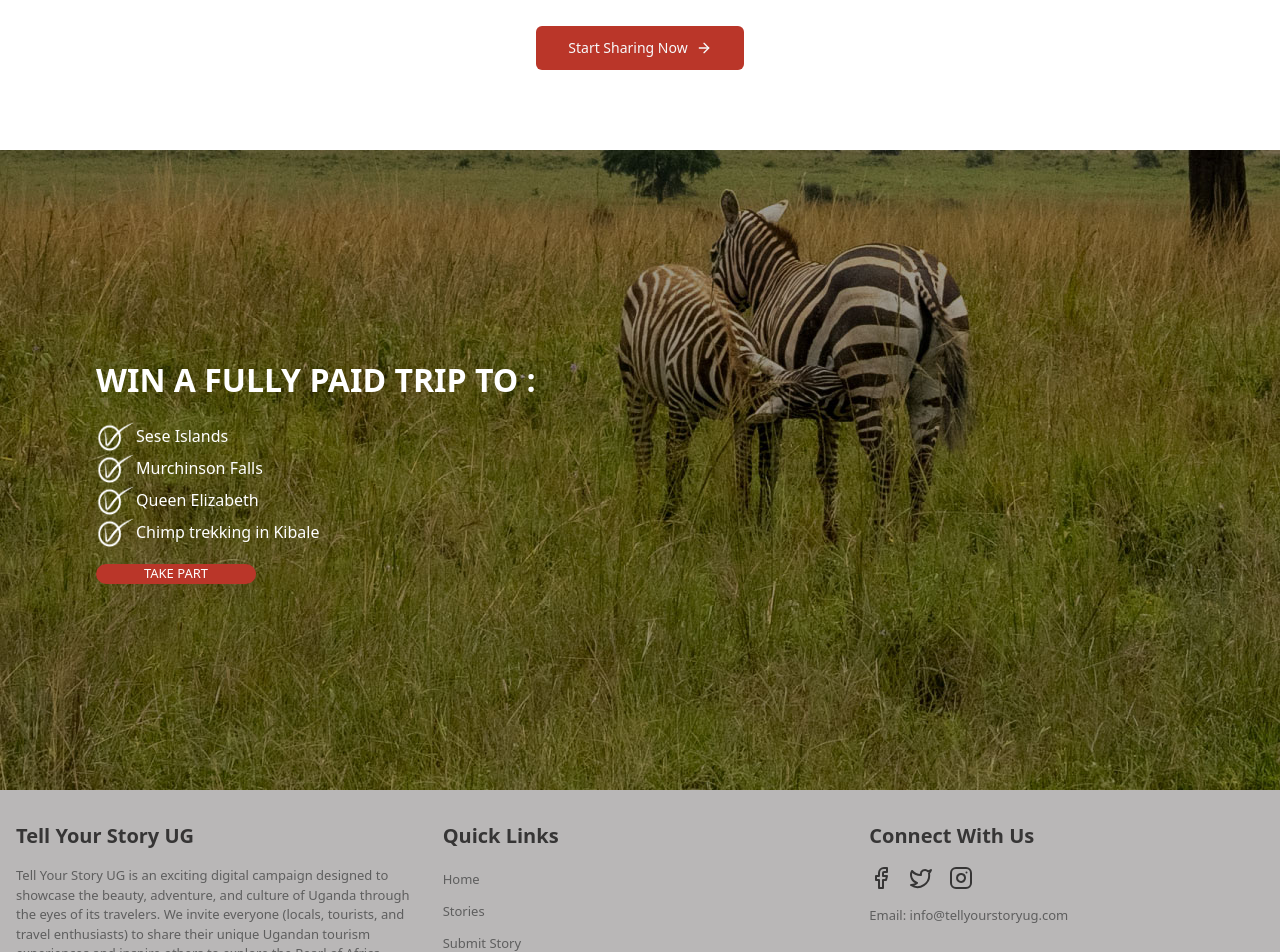
Repository: kaizoku010/take.part
Page: /
An editor plug-in stored every save of this project. The page is shown before and after the next save, followed by the edit.
The browser window is 1280 px wide. The pictures show the part of the page from y = 2501 to 3453 px (the page is 3588 px tall).
Backgrounds fixed to the window are drawn as part of the page. The project was rebuilt for these pictures with package versions that can differ from the ones it lists, and the page was loaded fresh each time. Also part of the build but not shown: vite.config.ts, src/components/ui/tooltip.tsx, src/pages/About.tsx, src/components/ui/input.tsx, src/pages/Stories.tsx, src/pages/StoryDetail.tsx, src/components/ui/use-toast.ts, src/components/ui/label.tsx and 4 more.

Above is the page before, as saved 2025-04-14 15:33:53.

### index.html

<!DOCTYPE html>
<html lang="en">
  <head>
    <meta charset="UTF-8" />
    <meta name="viewport" content="width=device-width, initial-scale=1.0" />
    <title>TAKE PART</title>
    <meta name="description" content="Share your Ugandan tourism experiences and inspire others to explore the Pearl of Africa" />
    <meta name="author" content="muneza dixon" />

    <meta property="og:title" content="Tell Your Story UG - Explore Uganda" />
    <meta property="og:description" content="Share your Ugandan tourism experiences and inspire others to explore the Pearl of Africa" />

    <!-- Meta Pixel Code -->
    <script>
    !function(f,b,e,v,n,t,s)
    {if(f.fbq)return;n=f.fbq=function(){n.callMethod?
    n.callMethod.apply(n,arguments):n.queue.push(arguments)};
    if(!f._fbq)f._fbq=n;n.push=n;n.loaded=!0;n.version='2.0';
    n.queue=[];t=b.createElement(e);t.async=!0;
    t.src=v;s=b.getElementsByTagName(e)[0];
    s.parentNode.insertBefore(t,s)}(window, document,'script',
    'https://connect.facebook.net/en_US/fbevents.js');
    fbq('init', '1846327909352916');
    fbq('track', 'PageView');
    </script>
    <!-- End Meta Pixel Code -->
  </head>

  <body>
    <div id="root"></div>
    <!-- Facebook Pixel noscript -->
    <noscript><img height="1" width="1" style="display:none"
    src="https://www.facebook.com/tr?id=1846327909352916&ev=PageView&noscript=1"
    /></noscript>
    <!-- IMPORTANT: DO NOT REMOVE THIS SCRIPT TAG OR THIS VERY COMMENT! -->
    <script src="https://cdn.gpteng.co/gptengineer.js" type="module"></script>
    <script type="module" src="/src/main.tsx"></script>
  </body>
</html>

### src/App.tsx

import { Toaster } from "@/components/ui/toaster";
import { Toaster as Sonner } from "@/components/ui/sonner";
import { TooltipProvider } from "@/components/ui/tooltip";
import { QueryClient, QueryClientProvider } from "@tanstack/react-query";
import { BrowserRouter, Routes, Route } from "react-router-dom";
import Home from "./pages/Home";
import About from "./pages/About";
import Stories from "./pages/Stories";
import StoryDetail from "./pages/StoryDetail";
import SubmitStory from "./pages/SubmitStory";
import NotFound from "./pages/NotFound";
import "./mdx.css";
import "./mobile.css"

const queryClient = new QueryClient();

const App = () => (
  <QueryClientProvider client={queryClient}>
    <TooltipProvider>
      <Toaster />
      <Sonner />
      <BrowserRouter>
        <Routes>
          <Route path="/" element={<Home />} />
          <Route path="/about" element={<About />} />
          <Route path="/stories" element={<Stories />} />
          <Route path="/stories/:id" element={<StoryDetail />} />
          <Route path="/submit-story" element={<SubmitStory />} />
          {/* ADD ALL CUSTOM ROUTES ABOVE THE CATCH-ALL "*" ROUTE */}
          <Route path="*" element={<NotFound />} />
        </Routes>
      </BrowserRouter>
    </TooltipProvider>
  </QueryClientProvider>
);

export default App;

### src/index.css
@tailwind base;
@tailwind components;
@tailwind utilities;

@layer base {
  :root {
    --background: 0 0% 100%;
    --foreground: 222.2 84% 4.9%;

    --card: 0 0% 100%;
    --card-foreground: 222.2 84% 4.9%;

    --popover: 0 0% 100%;
    --popover-foreground: 222.2 84% 4.9%;

    /* Main Orange/Gold */
    --primary: 41.81 100% 49.8%;
    --primary-foreground: 210 40% 98%;

    /* Rust Red */
    --secondary: 5.38 63.88% 44.51%;
    --secondary-foreground: 210 40% 98%;

    /* Change accent to Rust Red */
    --accent: 5.38 63.88% 44.51%;
    --accent-foreground: 210 40% 98%;

    --muted: 210 40% 96.1%;
    --muted-foreground: 215.4 16.3% 46.9%;

    --destructive: 0 84.2% 60.2%;
    --destructive-foreground: 210 40% 98%;

    --border: 214.3 31.8% 91.4%;
    --input: 214.3 31.8% 91.4%;
    --ring: 5.38 63.88% 44.51%;  /* Changed to Rust Red */

    --radius: 0.5rem;

    --sidebar-background: 0 0% 98%;

    --sidebar-foreground: 240 5.3% 26.1%;

    --sidebar-primary: 240 5.9% 10%;

    --sidebar-primary-foreground: 0 0% 98%;

    --sidebar-accent: 240 4.8% 95.9%;

    --sidebar-accent-foreground: 240 5.9% 10%;

    --sidebar-border: 220 13% 91%;

    --sidebar-ring: 217.2 91.2% 59.8%;
  }

  .dark {
    --background: 222.2 84% 4.9%;
    --foreground: 210 40% 98%;

    --card: 222.2 84% 4.9%;
    --card-foreground: 210 40% 98%;

    --popover: 222.2 84% 4.9%;
    --popover-foreground: 210 40% 98%;

    /* Main Orange/Gold */
    --primary: 41.81 100% 49.8%;
    --primary-foreground: 210 40% 98%;

    /* Rust Red */
    --secondary: 5.38 63.88% 44.51%;
    --secondary-foreground: 210 40% 98%;

    /* Change accent to Rust Red */
    --accent: 5.38 63.88% 44.51%;
    --accent-foreground: 210 40% 98%;

    --muted: 217.2 32.6% 17.5%;
    --muted-foreground: 215 20.2% 65.1%;

    --destructive: 0 62.8% 30.6%;
    --destructive-foreground: 210 40% 98%;

    --border: 217.2 32.6% 17.5%;
    --input: 217.2 32.6% 17.5%;
    --ring: 5.38 63.88% 44.51%;  /* Changed to Rust Red */
    --sidebar-background: 240 5.9% 10%;
    --sidebar-foreground: 240 4.8% 95.9%;
    --sidebar-primary: 224.3 76.3% 48%;
    --sidebar-primary-foreground: 0 0% 100%;
    --sidebar-accent: 240 3.7% 15.9%;
    --sidebar-accent-foreground: 240 4.8% 95.9%;
    --sidebar-border: 240 3.7% 15.9%;
    --sidebar-ring: 217.2 91.2% 59.8%;
  }
}

@layer base {
  * {
    @apply border-border;
  }

  body {
    @apply bg-background text-foreground;
  }
}

### src/components/ui/toaster.tsx
import { useToast } from "@/hooks/use-toast"
import {
  Toast,
  ToastClose,
  ToastDescription,
  ToastProvider,
  ToastTitle,
  ToastViewport,
} from "@/components/ui/toast"

export function Toaster() {
  const { toasts } = useToast()

  return (
    <ToastProvider>
      {toasts.map(function ({ id, title, description, action, ...props }) {
        return (
          <Toast key={id} {...props}>
            <div className="grid gap-1">
              {title && <ToastTitle>{title}</ToastTitle>}
              {description && (
                <ToastDescription>{description}</ToastDescription>
              )}
            </div>
            {action}
            <ToastClose />
          </Toast>
        )
      })}
      <ToastViewport />
    </ToastProvider>
  )
}

### src/components/ui/sonner.tsx
import { useTheme } from "next-themes"
import { Toaster as Sonner, toast } from "sonner"

type ToasterProps = React.ComponentProps<typeof Sonner>

const Toaster = ({ ...props }: ToasterProps) => {
  const { theme = "system" } = useTheme()

  return (
    <Sonner
      theme={theme as ToasterProps["theme"]}
      className="toaster group"
      toastOptions={{
        classNames: {
          toast:
            "group toast group-[.toaster]:bg-background group-[.toaster]:text-foreground group-[.toaster]:border-border group-[.toaster]:shadow-lg",
          description: "group-[.toast]:text-muted-foreground",
          actionButton:
            "group-[.toast]:bg-primary group-[.toast]:text-primary-foreground",
          cancelButton:
            "group-[.toast]:bg-muted group-[.toast]:text-muted-foreground",
        },
      }}
      {...props}
    />
  )
}

export { Toaster, toast }

### src/mdx.css
/* #hero-text{
    font-size: medium !important;
} */

#logo{
    width: 6rem !important;
}

#link{
    font-weight: 500;
color:rgba(0, 0, 0, 0.658) !important;
}


.bg-green-800{
    background-color: #ba3629 !important;
}

.bg-yellow-800{
    background-color: rgb(254, 177, 0) !important;
}

.bg-green-900 {
    color: rgb(54, 53, 53) !important;
background-color: rgb(185, 183, 183) !important;
}


.text-green-800 {
    --tw-text-opacity: 1;
    color: rgb(43 49 45) !important;
}


.text-gray-hound{
    font-size: small;
    color: rgb(94, 94, 94) !important;
}


#carousel-section{
    padding-top: 5rem;
    padding-bottom: 5rem;
    background-color: #feb100 !important;
}

.bg-background {
    background-color: #212120 !important;
}

#prizes-section{
    height: 40rem !important;
    display: flex;
    background-position: bottom;
    background-attachment: fixed;
    width: 100%;
    background-image: url("../src/media/zebs.jpg");
}


.content-prizes{
display: flex;
/* background-color: red; */
width: 100%;
flex-direction: column;
justify-content: center;
}

.content-prizes-2{
display: flex;
background-color: transparent;
width: 100%;
flex-direction: column;
}

.win-title{
    padding-left: 6rem;
    font-weight: 800;
    font-size: 2rem;
    margin-bottom: 1rem;
    color: white;
}

.prize{
    display: flex;
    padding-left: 6rem;
    /* margin-bottom: 1rem; */
    font-weight: 200;
    /* font-size: 2rem; */
    align-items: center;
    color: white;
}

.prize img{
    width: 2.5rem;
    height: 2rem;
}


.take-part{
    background-color: #ba3629;
    color: white;
    padding: 0rem;
    margin-top: 1rem;
    width: 10rem;
    font-size: small;
    border-radius: 10px;
    margin-left: 6rem;
}

### src/components/ui/button.tsx
import * as React from "react"
import { Slot } from "@radix-ui/react-slot"
import { cva, type VariantProps } from "class-variance-authority"

import { cn } from "@/lib/utils"

const buttonVariants = cva(
  "inline-flex items-center justify-center gap-2 whitespace-nowrap rounded-md text-sm font-medium ring-offset-background transition-colors focus-visible:outline-none focus-visible:ring-2 focus-visible:ring-ring focus-visible:ring-offset-2 disabled:pointer-events-none disabled:opacity-50 [&_svg]:pointer-events-none [&_svg]:size-4 [&_svg]:shrink-0",
  {
    variants: {
      variant: {
        default: "bg-primary text-primary-foreground hover:bg-primary/90",
        destructive:
          "bg-destructive text-destructive-foreground hover:bg-destructive/90",
        outline:
          "border border-input bg-background hover:bg-accent hover:text-accent-foreground",
        secondary:
          "bg-secondary text-secondary-foreground hover:bg-secondary/80",
        ghost: "hover:bg-accent hover:text-accent-foreground",
        link: "text-primary underline-offset-4 hover:underline",
      },
      size: {
        default: "h-10 px-4 py-2",
        sm: "h-9 rounded-md px-3",
        lg: "h-11 rounded-md px-8",
        icon: "h-10 w-10",
      },
    },
    defaultVariants: {
      variant: "default",
      size: "default",
    },
  }
)

export interface ButtonProps
  extends React.ButtonHTMLAttributes<HTMLButtonElement>,
    VariantProps<typeof buttonVariants> {
  asChild?: boolean
}

const Button = React.forwardRef<HTMLButtonElement, ButtonProps>(
  ({ className, variant, size, asChild = false, ...props }, ref) => {
    const Comp = asChild ? Slot : "button"
    return (
      <Comp
        className={cn(buttonVariants({ variant, size, className }))}
        ref={ref}
        {...props}
      />
    )
  }
)
Button.displayName = "Button"

export { Button, buttonVariants }

### src/components/ui/card.tsx
import * as React from "react"

import { cn } from "@/lib/utils"

const Card = React.forwardRef<
  HTMLDivElement,
  React.HTMLAttributes<HTMLDivElement>
>(({ className, ...props }, ref) => (
  <div
    ref={ref}
    className={cn(
      "rounded-lg border bg-card text-card-foreground shadow-sm",
      className
    )}
    {...props}
  />
))
Card.displayName = "Card"

const CardHeader = React.forwardRef<
  HTMLDivElement,
  React.HTMLAttributes<HTMLDivElement>
>(({ className, ...props }, ref) => (
  <div
    ref={ref}
    className={cn("flex flex-col space-y-1.5 p-6", className)}
    {...props}
  />
))
CardHeader.displayName = "CardHeader"

const CardTitle = React.forwardRef<
  HTMLParagraphElement,
  React.HTMLAttributes<HTMLHeadingElement>
>(({ className, ...props }, ref) => (
  <h3
    ref={ref}
    className={cn(
      "text-2xl font-semibold leading-none tracking-tight",
      className
    )}
    {...props}
  />
))
CardTitle.displayName = "CardTitle"

const CardDescription = React.forwardRef<
  HTMLParagraphElement,
  React.HTMLAttributes<HTMLParagraphElement>
>(({ className, ...props }, ref) => (
  <p
    ref={ref}
    className={cn("text-sm text-muted-foreground", className)}
    {...props}
  />
))
CardDescription.displayName = "CardDescription"

const CardContent = React.forwardRef<
  HTMLDivElement,
  React.HTMLAttributes<HTMLDivElement>
>(({ className, ...props }, ref) => (
  <div ref={ref} className={cn("p-6 pt-0", className)} {...props} />
))
CardContent.displayName = "CardContent"

const CardFooter = React.forwardRef<
  HTMLDivElement,
  React.HTMLAttributes<HTMLDivElement>
>(({ className, ...props }, ref) => (
  <div
    ref={ref}
    className={cn("flex items-center p-6 pt-0", className)}
    {...props}
  />
))
CardFooter.displayName = "CardFooter"

export { Card, CardHeader, CardFooter, CardTitle, CardDescription, CardContent }

### src/components/layout/Layout.tsx

import { ReactNode } from "react";
import Header from "./Header";
import Footer from "./Footer";

interface LayoutProps {
  children: ReactNode;
}

const Layout = ({ children }: LayoutProps) => {
  return (
    <div className="flex flex-col min-h-screen">
      <Header />
      <main className="flex-grow">
        {children}
      </main>
      <Footer />
    </div>
  );
};

export default Layout;

### src/components/layout/Header.tsx

import { useState } from "react";
import { Menu, X } from "lucide-react";
import { Link } from "react-router-dom";
import Logo from "../../media/logo.png";

const Header = () => {
  const [isMenuOpen, setIsMenuOpen] = useState(false);

  const toggleMenu = () => {
    setIsMenuOpen(!isMenuOpen);
  };

  return (
    <header className="text-white shadow-md">
      <div className="container mx-auto px-4">
        <div className="flex justify-between items-center">
          <Link to="/" className="text-2xl font-bold flex items-center gap-2">
            <img id="logo" src={Logo} alt="Logo" />
            {/* <span className="text-white">Tell Your Story</span> */}
          </Link>

          {/* Desktop Navigation */}
          <nav className="hidden md:flex space-x-8">
            <Link to="/" id="link" className="hover:text-yellow-400 transition-colors">Home</Link>
            <Link to="/stories" id="link" className="hover:text-yellow-400 transition-colors">Stories</Link>
            <Link to="/submit-story" id="link" className="hover:text-yellow-400 transition-colors">Submit Story</Link>
            <Link to="/about" id="link" className="hover:text-yellow-400 transition-colors">About</Link>
          </nav>

          {/* Mobile Menu Button */}
          <button
            onClick={toggleMenu}
            className="md:hidden text-white focus:outline-none"
          >
            {isMenuOpen ? <X size={24} /> : <Menu size={24} />}
          </button>
        </div>

        {/* Mobile Navigation */}
        {isMenuOpen && (
          <nav className="md:hidden pt-4 pb-2">
            <div className="flex flex-col space-y-3">
              <Link
                to="/"
                id="link"
                className="hover:text-yellow-400 transition-colors py-2"
                onClick={() => setIsMenuOpen(false)}
              >
                Home
              </Link>
              <Link
                to="/stories"
                id="link"
                className="hover:text-yellow-400 transition-colors py-2"
                onClick={() => setIsMenuOpen(false)}
              >
                Stories
              </Link>
              <Link
                to="/submit-story"
                id="link"
                className="hover:text-yellow-400 transition-colors py-2"
                onClick={() => setIsMenuOpen(false)}
              >
                Submit Story
              </Link>
              <Link
                to="/about"
                id="link"
                className="hover:text-yellow-400 transition-colors py-2"
                onClick={() => setIsMenuOpen(false)}
              >
                About
              </Link>
            </div>
          </nav>
        )}
      </div>
    </header>
  );
};

export default Header;

### src/components/layout/Footer.tsx

import { Facebook, Instagram, Twitter } from "lucide-react";
import { Link } from "react-router-dom";

const Footer = () => {
  return (
    <footer className="bg-green-900 text-white py-8">
      <div className="container mx-auto px-4">
        <div className="grid grid-cols-1 md:grid-cols-3 gap-8">
          <div>
            <h3 className="text-xl font-bold mb-4">Tell Your Story UG</h3>
            <p className="text-gray-300 text-gray-hound">
            Tell Your Story UG is an exciting digital campaign designed to showcase the beauty, adventure, and culture of Uganda through the eyes of its travelers. We invite everyone (locals, tourists, and travel enthusiasts) to share their unique Ugandan tourism experiences and inspire others to explore the Pearl of Africa.
                        </p>
          </div>

          <div>
            <h3 className="text-xl font-bold mb-4">Quick Links</h3>
            <ul className="space-y-2">
              <li><Link to="/" className="text-gray-hound text-gray-300 hover:text-yellow-400 transition-colors">Home</Link></li>
              <li><Link to="/stories" className="text-gray-hound text-gray-300 hover:text-yellow-400 transition-colors">Stories</Link></li>
              <li><Link to="/submit-story" className="text-gray-hound text-gray-300 hover:text-yellow-400 transition-colors">Submit Story</Link></li>
              <li><Link to="/about" className="text-gray-hound text-gray-300 hover:text-yellow-400 transition-colors">About</Link></li>
            </ul>
          </div>

          <div>
            <h3 className="text-xl font-bold mb-4">Connect With Us</h3>
            <div className="flex space-x-4">
              <a href="https://facebook.com" target="_blank" rel="noopener noreferrer" className="hover:text-yellow-400 transition-colors">
                <Facebook size={24} />
              </a>
              <a href="https://twitter.com" target="_blank" rel="noopener noreferrer" className="hover:text-yellow-400 transition-colors">
                <Twitter size={24} />
              </a>
              <a href="https://instagram.com" target="_blank" rel="noopener noreferrer" className="hover:text-yellow-400 transition-colors">
                <Instagram size={24} />
              </a>
            </div>
            <p className="mt-4 text-gray-300 text-gray-hound">
              Email: <a href="mailto:info@tellyourstoryug.com" className="text-gray-hound hover:text-yellow-400 transition-colors">info@tellyourstoryug.com</a>
            </p>
          </div>
        </div>

        <div className="mt-8 pt-4 border-t border-green-800 text-center text-gray-300 text-gray-hound">
          <p>&copy; {new Date().getFullYear()} Tell Your Story UG. All rights reserved.</p>
        </div>
      </div>
    </footer>
  );
};

export default Footer;

### tailwind.config.ts
import type { Config } from "tailwindcss";

export default {
	darkMode: ["class"],
	content: [
		"./pages/**/*.{ts,tsx}",
		"./components/**/*.{ts,tsx}",
		"./app/**/*.{ts,tsx}",
		"./src/**/*.{ts,tsx}",
	],
	prefix: "",
	theme: {
		container: {
			center: true,
			padding: '2rem',
			screens: {
				'2xl': '1400px'
			}
		},
		extend: {
			colors: {
				main: 'hsl(41.81, 100%, 49.8%)',    // Orange/Gold
				accent: 'hsl(5.38, 63.88%, 44.51%)', // Rust Red
				border: 'hsl(var(--border))',
				input: 'hsl(var(--input))',
				ring: 'hsl(var(--ring))',
				background: 'hsl(var(--background))',
				foreground: 'hsl(var(--foreground))',
				primary: {
					DEFAULT: 'hsl(var(--primary))',
					foreground: 'hsl(var(--primary-foreground))'
				},
				secondary: {
					DEFAULT: 'hsl(var(--secondary))',
					foreground: 'hsl(var(--secondary-foreground))'
				},
				destructive: {
					DEFAULT: 'hsl(var(--destructive))',
					foreground: 'hsl(var(--destructive-foreground))'
				},
				muted: {
					DEFAULT: 'hsl(var(--muted))',
					foreground: 'hsl(var(--muted-foreground))'
				},
				// accent: {
				// 	DEFAULT: 'hsl(var(--accent))',
				// 	foreground: 'hsl(var(--accent-foreground))'
				// },
				popover: {
					DEFAULT: 'hsl(var(--popover))',
					foreground: 'hsl(var(--popover-foreground))'
				},
				card: {
					DEFAULT: 'hsl(var(--card))',
					foreground: 'hsl(var(--card-foreground))'
				},
				sidebar: {
					DEFAULT: 'hsl(var(--sidebar-background))',
					foreground: 'hsl(var(--sidebar-foreground))',
					primary: 'hsl(var(--sidebar-primary))',
					'primary-foreground': 'hsl(var(--sidebar-primary-foreground))',
					accent: 'hsl(var(--sidebar-accent))',
					'accent-foreground': 'hsl(var(--sidebar-accent-foreground))',
					border: 'hsl(var(--sidebar-border))',
					ring: 'hsl(var(--sidebar-ring))'
				}
			},
			borderRadius: {
				lg: 'var(--radius)',
				md: 'calc(var(--radius) - 2px)',
				sm: 'calc(var(--radius) - 4px)'
			},
			keyframes: {
				'accordion-down': {
					from: {
						height: '0'
					},
					to: {
						height: 'var(--radix-accordion-content-height)'
					}
				},
				'accordion-up': {
					from: {
						height: 'var(--radix-accordion-content-height)'
					},
					to: {
						height: '0'
					}
				}
			},
			animation: {
				'accordion-down': 'accordion-down 0.2s ease-out',
				'accordion-up': 'accordion-up 0.2s ease-out'
			}
		}
	},
	plugins: [require("tailwindcss-animate")],
} satisfies Config;

Loaded but not shown: src/main.tsx (common file); src/hooks/use-toast.ts (common file); src/lib/utils.ts (common file); src/pages/Home.tsx (261 lines, source omitted); src/components/ui/carousel.tsx (260 lines, source omitted); src/components/ui/toast.tsx (127 lines, source omitted); src/mobile.css (no copy from this time; the picture is the same without it)

After the next save:
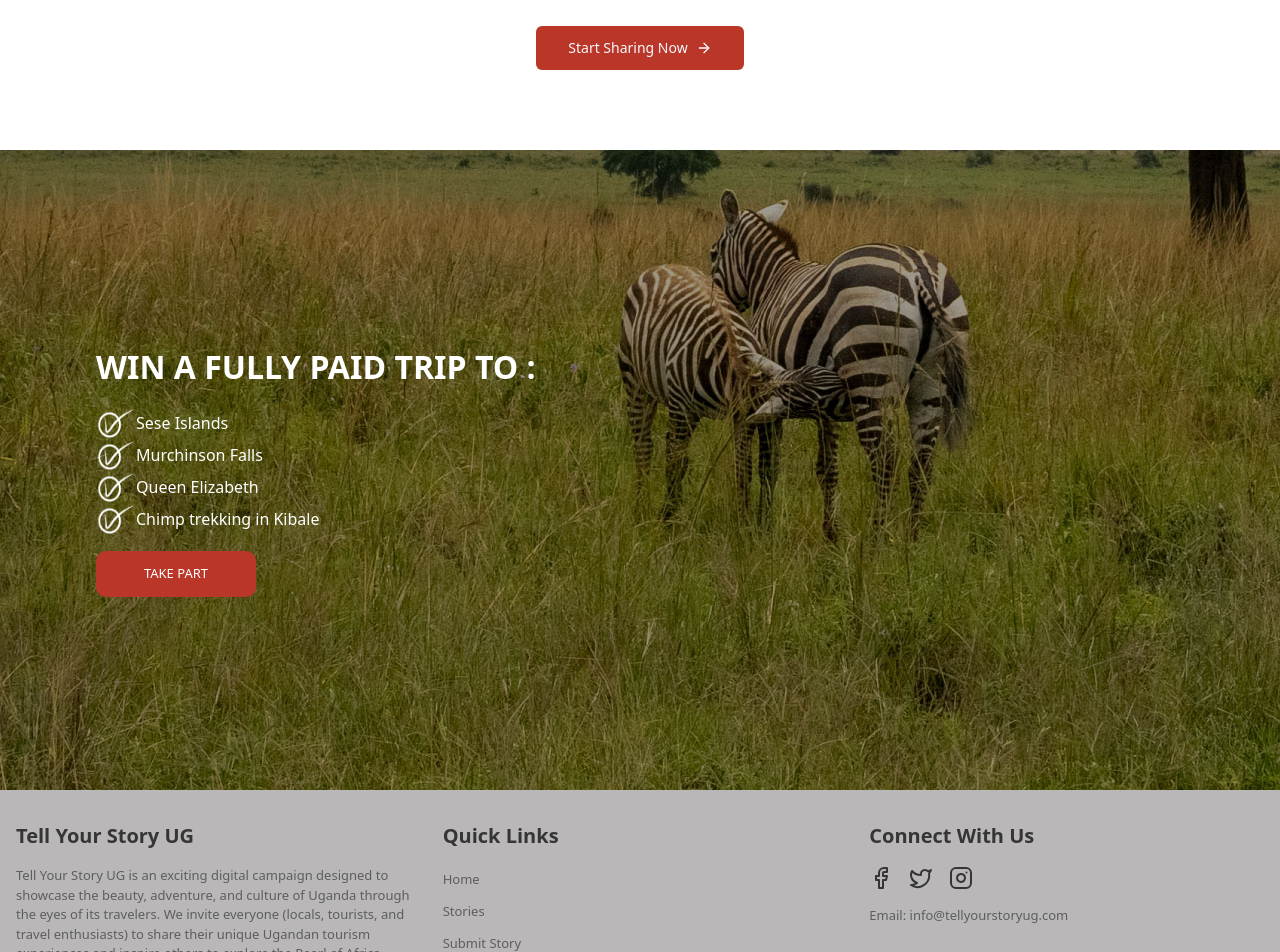
Saved 6 s later.
--- a/src/mdx.css
+++ b/src/mdx.css
@@ -100,7 +100,7 @@ flex-direction: column;
 .take-part{
     background-color: #ba3629;
     color: white;
-    padding: 0rem;
+    padding: 0.8rem;
     margin-top: 1rem;
     width: 10rem;
     font-size: small;
